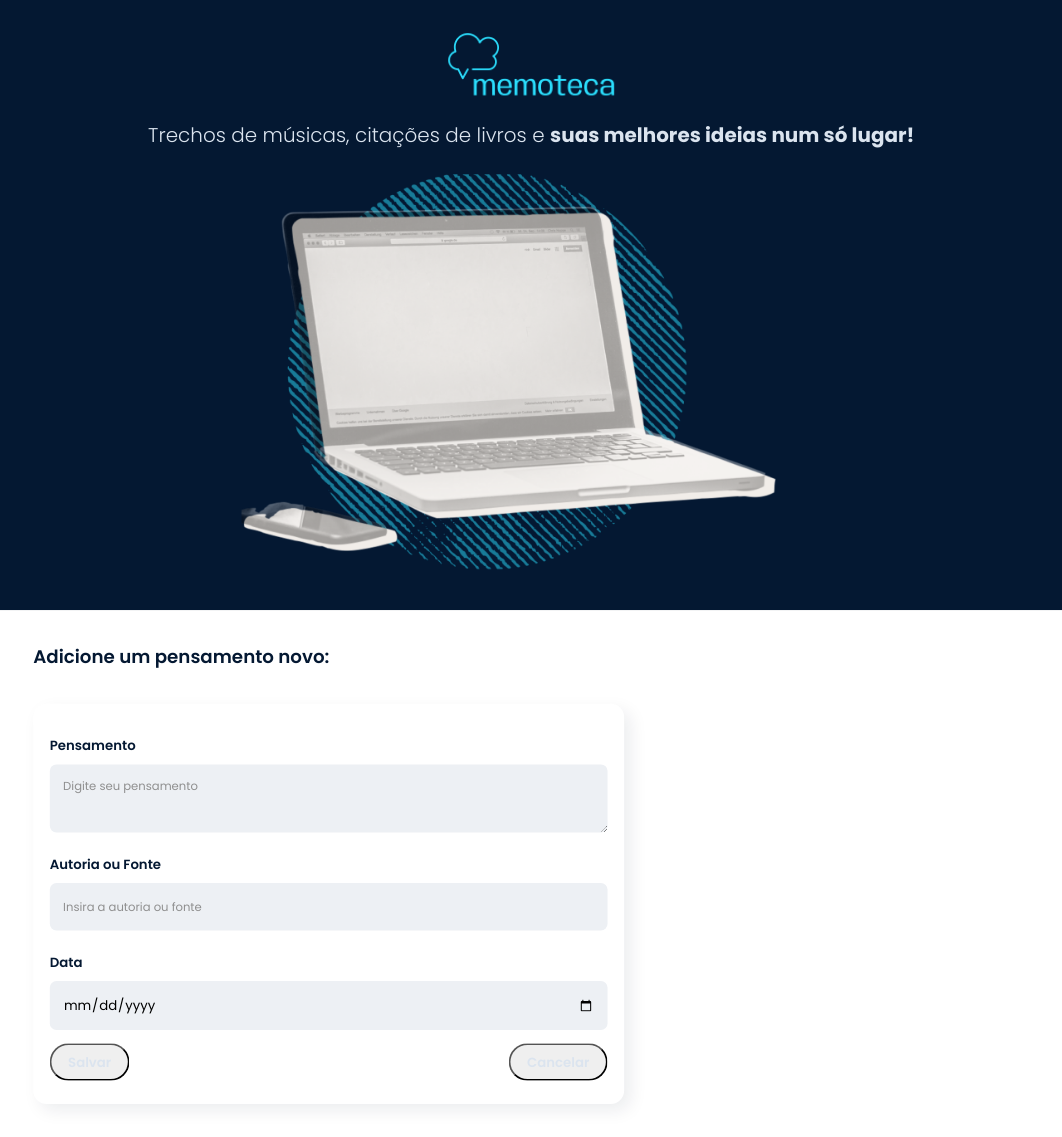
Repository: joaoPraiaJunior/crud_js
Page: index.html
These files come from the project's save history. The page is drawn as it stood at one moment and after the next save; the edit follows.
The browser window is 1280 px wide. The pictures show the whole page, at 83% of full size.

Above is the page before, as saved 2024-09-26 22:57:22.

### index.html
<!doctype html>
<html lang="pt-BR" dir="ltr">
	<head>
		<meta charset="UTF-8">
		<meta name="viewport" content="width=device-width, initial-scale=1">
		<title>CRUD de Pensamentos</title>
		<link rel="preconnect" href="https://fonts.googleapis.com">
		<link rel="preconnect" href="https://fonts.gstatic.com" crossorigin>
		<link href="https://fonts.googleapis.com/css2?family=Poppins:ital,wght@0,100;0,200;0,300;0,400;0,500;0,600;0,700;0,800;0,900;1,100;1,200;1,300;1,400;1,500;1,600;1,700;1,800;1,900&display=swap" rel="stylesheet">
		<link href="https://fonts.googleapis.com/css2?family=Roboto+Mono:ital,wght@0,100..700;1,100..700&display=swap" rel="stylesheet">
		<link rel="stylesheet" href="css/styles.css">
	</head>
	<body>
		<header class="cabecalho">
			<div class="logo">
				<img src="assets/imagens/logo.png" alt="Logo do CRUD meus pensamentos">
				<h1>
					Trechos de músicas,
					citações de livros e
					<strong>suas melhores ideias num só lugar!</strong>
				</h1>
			</div>
			<div class="imagem-cabecalho">
				<img src="assets/imagens/computador-cabecalho.png" aria-hidden="true" alt>
			</div>
		</header>
		<main class="background-overlay">
			<div class="overlay"></div>
			<div class="overlay overlay-color"></div>
			<section>
				<h2>Adicione um pensamento novo:</h2>
				<div id="form-container">
					<form id="pensamento-form" data-js="formulario">
						<input type="hidden" id="pensamento-id" name="id">
						<label for="pensamento-conteudo">Pensamento</label>
						<textarea id="pensamento-conteudo" name="conteudo" placeholder="Digite seu pensamento" minlength="10" maxlength="200" required></textarea>
						<label for="pensamento-autoria"> Autoria ou Fonte </label>
						<input type="text" id="pensamento-autoria" name="autoria" placeholder="Insira a autoria ou fonte" minlength="3" maxlength="15" required>
						<label for="pensamento-data">Data</label>
						<input type="date" name="data" id="pensamento-data" required>
						<div class="form-botoes">
							<button type="submit" id="botao-salvar">Salvar</button>
							<button type="reset" id="botao-cancelar" data-js="botao-resetar-formulario">Cancelar</button>
						</div>
					</form>
				</div>
			</section>
			<!-- <section id="lista-pensamentos-container">
				<h3>Meu Mural</h3>
                <div id="busca-container">
                    <label for="campo-busca">
                        <input type="search" name="busca" id="campo-busca" placeholder="O que você procura?" data-js="busca-pensamento">
                    </label>
                </div>
				<div id="mensagem-vazia" class="mensagem-vazia" data-js="mural-vazio">
					<img src="assets/imagens/lista-vazia.png" alt="Nenhum pensamento disponível">
					<p>Nada por aqui ainda, que tal compartilhar alguma ideia?</p>
				</div>
				<ul id="lista-pensamentos" data-js="lista-de-pensamentos"></ul>
			</section> -->
		</main>
		<!-- <footer>
			<p>&copy; 2024 Desenvolvido por Alura. Projeto fictício sem fins comerciais.</p>
		</footer>

		<script type="module" src="./js/main.js"></script> -->
	</body>
</html>

### css/styles.css
* {
	margin: 0;
	padding: 0;
	box-sizing: border-box;
}

html {
	font-size: 62.5%;
	scroll-behavior: smooth;
}

:root {
	--Baby-blue: #dbe4ef;
	--Azul-Dark: #041832;
	--Cinza-claro: #edf0f4;
	--Cinza-medio: #8f8f8f;
	--Cinza: #444;
	--font-primaria: 'Poppins', sans-serif;
	--font-secundaria: 'Roboto Mono', sans-serif;
}

body {
	font-family: var(--font-primaria);
}

h2,
h3 {
	color: var(--Azul-Dark, #041832);
	font-family: var(--font-primaria);
	font-size: 2.2rem;
	font-style: normal;
	font-weight: 600;
	line-height: normal;
}

header {
	display: flex;
	flex-direction: column;
	justify-content: center;
	align-items: center;
	gap: 3rem;
	background: var(--Azul-Dark, #041832);
	padding: 4rem;
}

.logo {
	display: flex;
	flex-direction: column;
	align-items: center;
	gap: 3rem;
}

.logo img {
	max-width: 20rem;
}

.logo h1 {
	color: var(--Baby-blue, #dbe4ef);
	font-family: var(--font-primaria);
	font-size: 2.4rem;
	font-weight: 300;
	line-height: 3.5rem;
	text-align: center;
}

.imagem-cabecalho img {
	max-width: 100%;
}

main {
	padding: 4rem;
}

#form-container {
	display: flex;
	flex-direction: column;
	align-items: center;
	justify-content: center;
	gap: 4rem;
	background: #fff;
	margin-top: 4rem;
	border-radius: 1.6rem;
	padding: 2.8rem 2rem;
	box-shadow: 8px 8px 20px 0px rgba(4, 24, 50, 0.08);
	width: 100%;
	max-width: 71.2rem;
}

#pensamento-form {
	display: flex;
	flex-direction: column;
	width: 100%;
}

#pensamento-conteudo,
#pensamento-autoria,
#pensamento-data {
	padding: 1.6rem;
	border-radius: 8px;
	background: var(--Cinza-claro, #edf0f4);
}

#pensamento-conteudo {
	min-height: 8rem;
}

#pensamento-data {
	cursor: pointer;
}

#pensamento-form label {
	color: var(--Azul-Dark, #041832);
	font-family: var(--font-primaria);
	font-size: 1.6rem;
	font-weight: 600;
	margin: 1rem 0;
}

#pensamento-conteudo::placeholder,
#pensamento-autoria::placeholder {
	color: var(--Cinza-medio, #8f8f8f);
	font-family: var(--font-primaria);
	font-size: 1.4rem;
	font-style: normal;
	font-weight: 400;
}

#pensamento-form textarea,
#pensamento-form input {
	font-size: 1.6rem;
	font-family: var(--font-primaria);
	margin-bottom: 1.6rem;
	border-style: none;
	outline: none;
}

.form-botoes {
	display: flex;
	justify-content: space-between;
}

#botao-salvar,
#botao-cancelar {
	color: var(--Baby-blue, #dbe4ef);
	font-family: var(--font-primaria);
	font-size: 1.6rem;
	font-weight: 600;
	padding: 0.8rem 2rem;
	border-radius: 3.2rem;
	cursor: pointer;
}

/* main {
	padding-top: 12rem;
	flex: 1;
	display: flex;
	flex-direction: column;
	align-items: center;
	position: relative;
	min-height: 280vh;
	box-sizing: border-box;
}

.overlay {
	position: absolute;
	top: 0;
	left: 0;
	width: 100%;
	height: 100%;
	background-image: url('/assets/imagens/background.png');
	background-size: cover;
	opacity: 0.5;
	z-index: -1;
}

.overlay-color {
	background-color: #f4f4f4;
}


.conteudo-cabecalho {
	display: flex;
	justify-content: center;
	gap: 3.2rem;
	align-items: center;
}

header .logo {
	display: flex;
	flex-direction: column;
	gap: 4.8rem;
}

header .logo img {
	max-width: 20rem;
}

header .logo h1 {
	color: var(--Baby-blue, #dbe4ef);
	font-family: var(--font-primaria);
	align-self: center;
	font-size: 5.2rem;
	font-weight: 300;
	line-height: 6.76rem;
}


footer {
	padding: 32px 360px;
	background: #041832;
	color: var(--Baby-blue, #dbe4ef);
	text-align: center;
	width: 100%;
	position: relative;
	left: 0;
}

h2,
h3 {
	color: var(--Azul-Dark, #041832);
	text-align: center;
	font-family: var(--font-primaria);
	font-size: 4.4rem;
	font-style: normal;
	font-weight: 600;
	line-height: normal;
}

#form-container {
	display: flex;
	padding: 4.8rem 4rem;
	flex-direction: column;
	align-items: center;
	gap: 4rem;
	align-self: center;
	justify-content: center;
	border-radius: 16px;
	position: relative;
	background: #fff;
	box-shadow: 8px 8px 20px 0px rgba(4, 24, 50, 0.08);
	width: 100%;
	max-width: 71.2rem;
	margin-top: 4rem;
}


#pensamento-conteudo::placeholder,
#pensamento-autoria::placeholder {
	color: var(--Cinza-medio, #8f8f8f);
	font-family: var(--font-primaria);
	font-size: 1.6rem;
	font-style: normal;
	font-weight: 400;
	line-height: normal;
}

#pensamento-form textarea,
#pensamento-form input {
	margin-bottom: 2.4rem;
	outline: none;
	border-style: none;
	font-size: 2rem;
	font-family: var(--font-primaria);
}

.form-botoes {
	display: flex;
	justify-content: center;
	gap: 1rem;
	padding-top: 1.6rem;
}

#botao-salvar,
#botao-cancelar {
	padding: 0.8rem 3.2rem;
	border-radius: 3.2rem;
	color: var(--Baby-blue, #dbe4ef);
	font-family: var(--font-primaria);
	font-size: 22px;
	font-style: normal;
	font-weight: 600;
	line-height: normal;
	cursor: pointer;
}

#botao-salvar {
	background: var(--Azul-Dark, #041832);
	min-width: 16rem;
}

#botao-cancelar {
	color: var(--Azul-Dark, #041832);
}

#lista-pensamentos-container {
	width: 100%;
	max-width: 120rem;
	margin: 4rem 0;
}

#lista-pensamentos-container h3 {
	display: flex;
	justify-content: center;
	flex-direction: column;
	margin: 4rem 0;
}

#lista-pensamentos-container h3::before {
	content: '';
	display: inline-block;
	align-self: center;
	width: 18rem;
	height: 0.1rem;
	background: #041832;
	margin: 5.8rem 0 4rem;
}

#lista-pensamentos {
	display: flex;
	flex-wrap: wrap;
	justify-content: space-between;
	row-gap: 3.2rem;
	padding: 0;
	list-style: none;
}

/* .li-pensamento {
	position: relative;
	padding: 1.6rem;
	background: var(--Branco, #fff);
	box-shadow: 0.8rem 0.8rem 0rem 0rem #154580;
	flex: 1 1 calc(33.333% - 24px);
	max-width: calc(33.333% - 24px);
	min-width: 38.4rem;
	min-height: 31.5rem;
	display: flex;
	flex-direction: column;
	overflow-wrap: break-word;
	word-wrap: break-word;
	hyphens: auto;
} */

/* .li-pensamento {
	display: flex;
	flex-direction: column;
	flex: 1 1 calc(33.333% - 24px);
	gap: 1.2rem;
	position: relative;
	background: var(--Branco, #fff);
	box-shadow: 0.8rem 0.8rem 0rem 0rem #154580;
	max-width: calc(33.333% - 2.4rem);
	min-width: 38.4rem;
	min-height: 31.5rem;
	padding: 2.4rem;
}

.icone-aspas {
	width: 6.4rem;
	height: 5rem;
}

.pensamento-conteudo,
.pensamento-autoria,
.pensamento-data {
	color: var(--Cinza, #444);
	font-family: var(--font-secundaria);
	hyphens: auto;
}

.pensamento-conteudo {
	font-size: 1.6rem;
	font-weight: 400;
}

.pensamento-autoria {
	font-size: 1.6rem;
	font-weight: 600;
}

.pensamento-data {
	font-size: 1.2rem;
	font-weight: 500;
	margin-bottom: 4rem;
}

.icones {
	position: absolute;
	bottom: 0;
	align-self: flex-end;
}

.botao-editar,
.botao-excluir,
.botao-favoritar {
	background: none;
	border: none;
	cursor: pointer;
	padding: 0.8rem;
	margin-left: 0.8rem;
}

.botao-editar img,
.botao-excluir img {
	width: 2rem;
	height: 2rem;
}

.botao-favoritar img {
	width: 2.3rem;
}

.mensagem-vazia {
	display: none;
	text-align: center;
	color: var(--Azul-Dark, #041832);
	margin-top: 40px;
}

.mensagem-vazia img {
	max-width: 200px;
	margin-bottom: 20px;
}

.mensagem-vazia p {
	font-family: var(--font-primaria);
	font-size: 2.2rem;
	font-weight: 400;
	line-height: 3.3rem;
	text-align: center;
}

#busca-container {
	display: flex;
	align-items: center;
	width: 100%;
	max-width: 60rem;
	margin: 5.6rem auto;
	padding: 0 1.6rem;
}

#busca-container label {
	display: flex;
	align-items: center;
}

#campo-busca {
	flex: 1;
	width: 57.2rem;
	height: 4.8rem;
	padding: 0.8rem 4.5rem;
	border-radius: 3.2rem;
	border: 0.1rem solid #144480;
	font-family: var(--font-primaria);
	font-size: 1.6rem;
	font-weight: 400;
	outline: none;
}

#busca-container label::before {
	content: url('../assets/imagens/lupa.png');
	display: block;
	position: relative;
	left: 3.5rem;
	width: 2.4rem;
	height: 2.4rem;
}  */

After the next save:
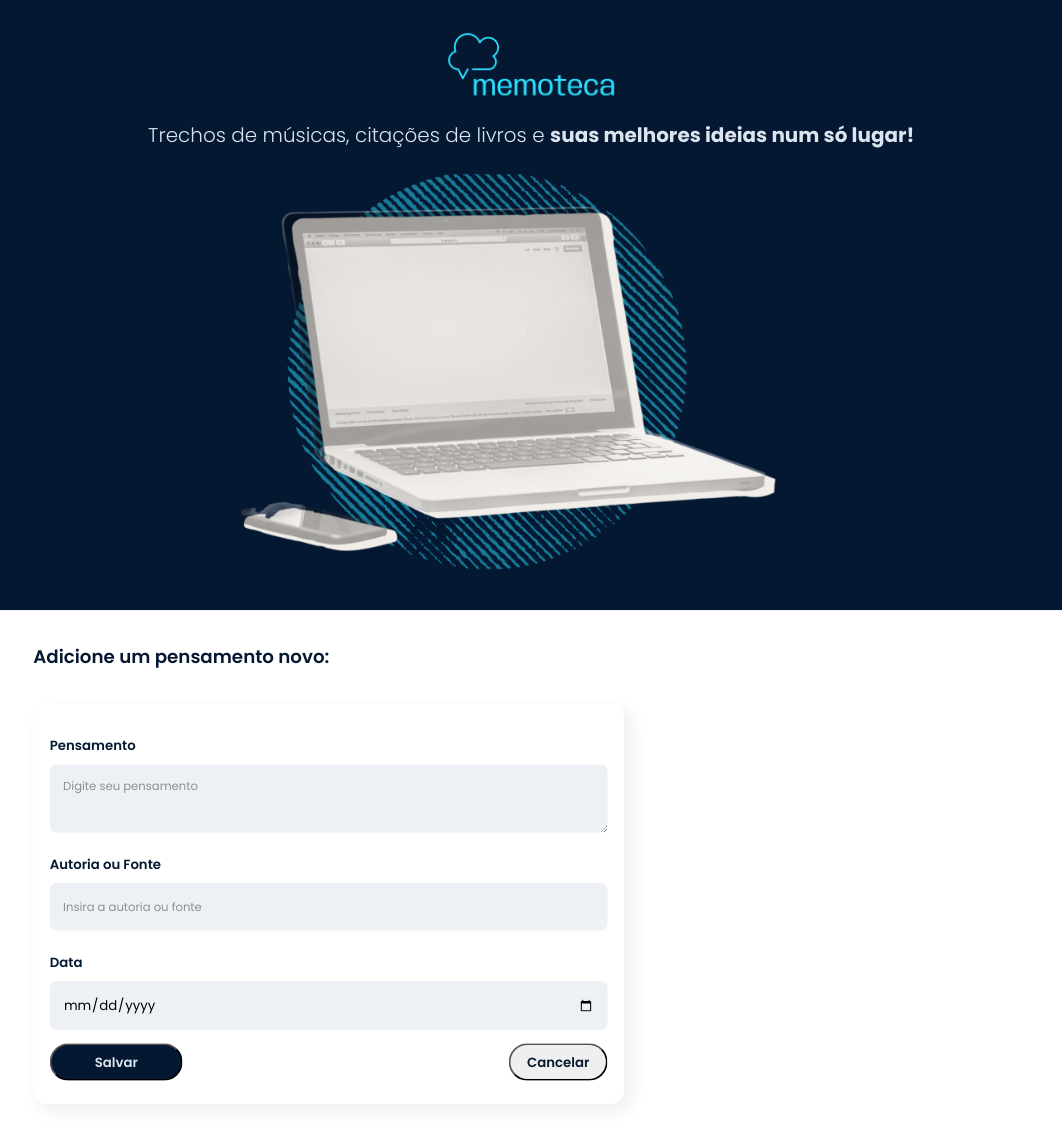
Saved 42 s later.
--- a/css/styles.css
+++ b/css/styles.css
@@ -150,6 +150,15 @@ main {
 	cursor: pointer;
 }
 
+#botao-salvar {
+	background: var(--Azul-Dark, #041832);
+	min-width: 16rem;
+}
+
+#botao-cancelar {
+	color: var(--Azul-Dark, #041832);
+}
+
 /* main {
 	padding-top: 12rem;
 	flex: 1;
